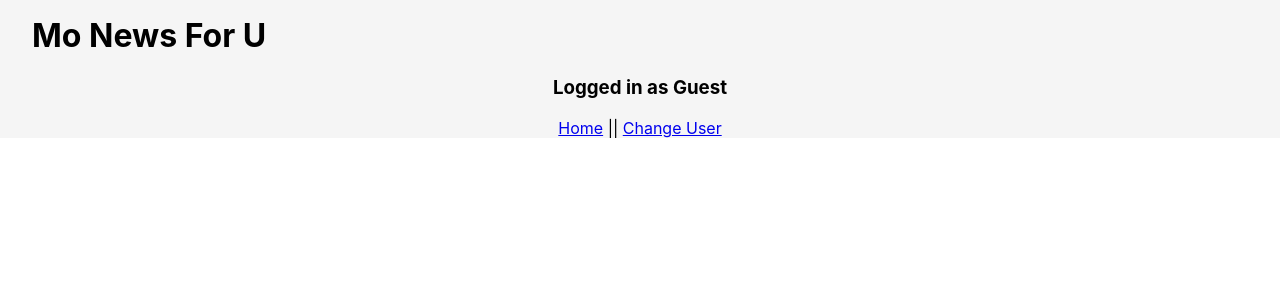
Repository: tabal97/fe-mo-news-for-u
Page: / (app in mo-news-for-u/)
The author's editor kept a copy of each file at every save. The page is drawn from the files as they stood at one save, then again after the next save.
The browser window is 1280 px wide. The pictures show the whole page.
The page's requests for data from a server got no answer. The project was rebuilt for these pictures with package versions that can differ from the ones it lists, and the page was loaded fresh each time. No one was signed in, and anything a server would have sent is missing. Also part of the build but not shown: mo-news-for-u/src/Styles/ArticleCard.module.css, mo-news-for-u/src/Components/ArticleCard.jsx, mo-news-for-u/src/Styles/SingleArticle.module.css, mo-news-for-u/src/Styles/VotesCard.module.css, mo-news-for-u/src/Components/VotesCard.jsx, mo-news-for-u/src/Styles/CommentCard.module.css, mo-news-for-u/src/Components/CommentCard.jsx, mo-news-for-u/src/Styles/CommentAdder.module.css and 8 more.

Above is the page before, as saved 2019-10-10 14:43:33.

After the next save:
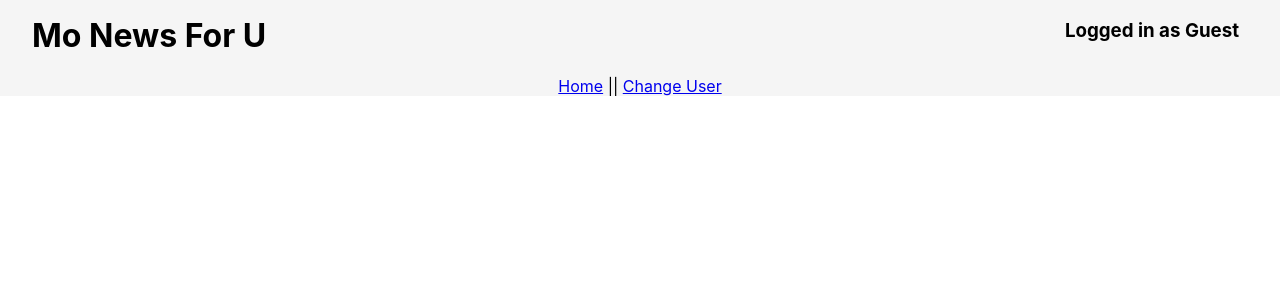
Saved 13 s later.
--- a/mo-news-for-u/src/Components/Header.jsx
+++ b/mo-news-for-u/src/Components/Header.jsx
@@ -8,7 +8,7 @@ class Header extends Component {
     render() {
         const { currentUser } = this.state;
         return (
-            <div>
+            <div className={styles.header}>
                 <h1 className={styles.title}>Mo News For U</h1>
                 <h3 className={styles.login}>Logged in as {currentUser ? currentUser : "Guest"}</h3>
             </div>
